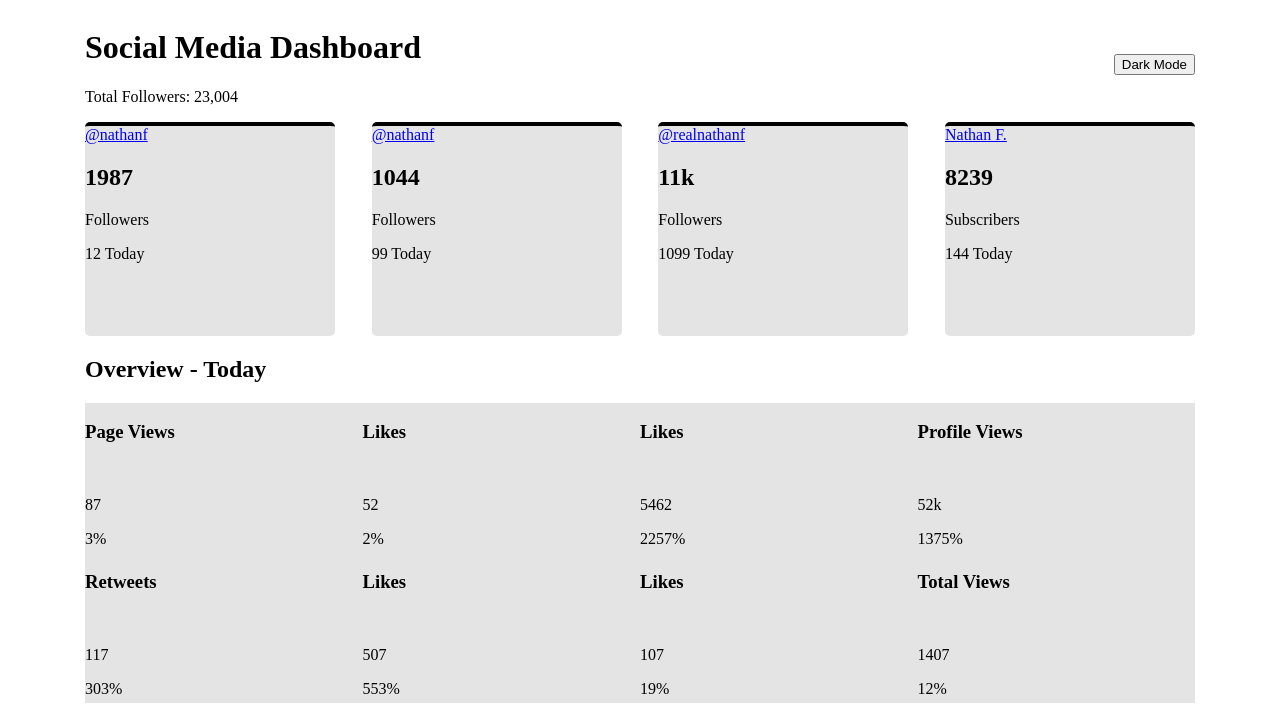
Repository: mamulini/social-media-dashboard-with-theme-switcher-master
Page: index.html
The author's editor kept a copy of each file at every save. The page is drawn from the files as they stood at one save, then again after the next save.
The browser window is 1280 px wide. The pictures show the whole page.

Above is the page before, as saved 2020-04-06 12:48:19.

### index.html
<!DOCTYPE html>
<html lang="en">

<head>
  <meta charset="UTF-8">
  <meta name="viewport" content="width=device-width, initial-scale=1.0">
  <link rel="icon" type="image/png" sizes="32x32" href="./images/favicon-32x32.png">
  <link rel="stylesheet" href="./css/style.css">
  <title>Frontend Mentor | [Challenge Name Here]</title>
</head>

<body>
  <main class="dashboard container">
    <header class="header">
      <div class="title">
        <h1 class="title__name">Social Media Dashboard</h1>
        <p class="title__total">Total Followers: 23,004</p>
      </div>
      <button class="theme" type="button">Dark Mode</button>
    </header>
    <div class="followers_block">
      <div class="folowers">
        <a class="followers__link" href="#">@nathanf</a>
        <h2 class="followers__sum">1987</h2>
        <p class="followers__title">Followers</p>
        <p class="followers__today">12 Today</p>
      </div>
      <div class="folowers">
        <a class="followers__link" href="#">@nathanf
        </a>
        <h2 class="followers__sum">1044</h2>
        <p class="followers__title">Followers</p>
        <p class="followers__today">99 Today</p>
      </div>
      <div class="folowers">
        <a class="followers__link" href="#">@realnathanf


        </a>
        <h2 class="followers__sum">11k</h2>
        <p class="followers__title">Followers</p>
        <p class="followers__today">1099 Today</p>
      </div>
      <div class="folowers">
        <a class="followers__link" href="#">Nathan F.
        </a>
        <h2 class="followers__sum">8239</h2>
        <p class="followers__title">Subscribers</p>
        <p class="followers__today">144 Today</p>
      </div>

    </div>
    <div class="overview">
      <h2 class="overview__title">Overview - Today</h2>
    </div>
    <div class="likes_counter">
      <div class="likes">
        <h3 class="likes__title">Page Views</h3>
        <img src="" alt="" class="like__icon">
        <p class="likes__num">87</p>
        <p class="likes__procent">3%</p>
      </div>
      <div class="likes">
        <h3 class="likes__title">Likes</h3>
        <img src="" alt="" class="like__icon">
        <p class="likes__num">52</p>
        <p class="likes__procent">2%</p>
      </div>
      <div class="likes">
        <h3 class="likes__title">Likes</h3>
        <img src="" alt="" class="like__icon">
        <p class="likes__num">5462</p>
        <p class="likes__procent">2257%</p>
      </div>
      <div class="likes">
        <h3 class="likes__title">Profile Views</h3>
        <img src="" alt="" class="like__icon">
        <p class="likes__num">52k</p>
        <p class="likes__procent">1375%</p>
      </div>
      <div class="likes">
        <h3 class="likes__title">Retweets</h3>
        <img src="" alt="" class="like__icon">
        <p class="likes__num">117</p>
        <p class="likes__procent">303%</p>
      </div>
      <div class="likes">
        <h3 class="likes__title">Likes</h3>
        <img src="" alt="" class="like__icon">
        <p class="likes__num">507</p>
        <p class="likes__procent">553%</p>
      </div>
      <div class="likes">
        <h3 class="likes__title">Likes</h3>
        <img src="" alt="" class="like__icon">
        <p class="likes__num">107</p>
        <p class="likes__procent">19%</p>
      </div>
      <div class="likes">
        <h3 class="likes__title">Total Views</h3>
        <img src="" alt="" class="like__icon">
        <p class="likes__num">1407</p>
        <p class="likes__procent">12%</p>
      </div>
    </div>
  </main>
  <!-- <div class="attribution">
    Challenge by <a href="https://www.frontendmentor.io?ref=challenge" target="_blank">Frontend Mentor</a>.
    Coded by <a href="#">Your Name Here</a>.
  </div> -->
</body>

</html>

### css/style.css
.container{
    max-width: 1110px;
    margin: 0 auto;

}

.header{
    display: flex;
    justify-content: space-between;
    align-items: center;
}

.followers_block{
    display: flex;
    justify-content: space-between;
}

.folowers{
    width: 250px;
    height: 210px;
    background: #e4e4e4;
    border-top: 4px solid #000;
    border-radius: 5px;
}

.likes_counter{
    display: flex;
    justify-content: space-between;
    flex-wrap: wrap;
}

.likes{
    flex: 0 0 25%;
    width: 250px;
    height: 150px;
    background: #e4e4e4;
}






.attribution { font-size: 11px; text-align: center; }
.attribution a { color: hsl(228, 45%, 44%); }

After the next save:
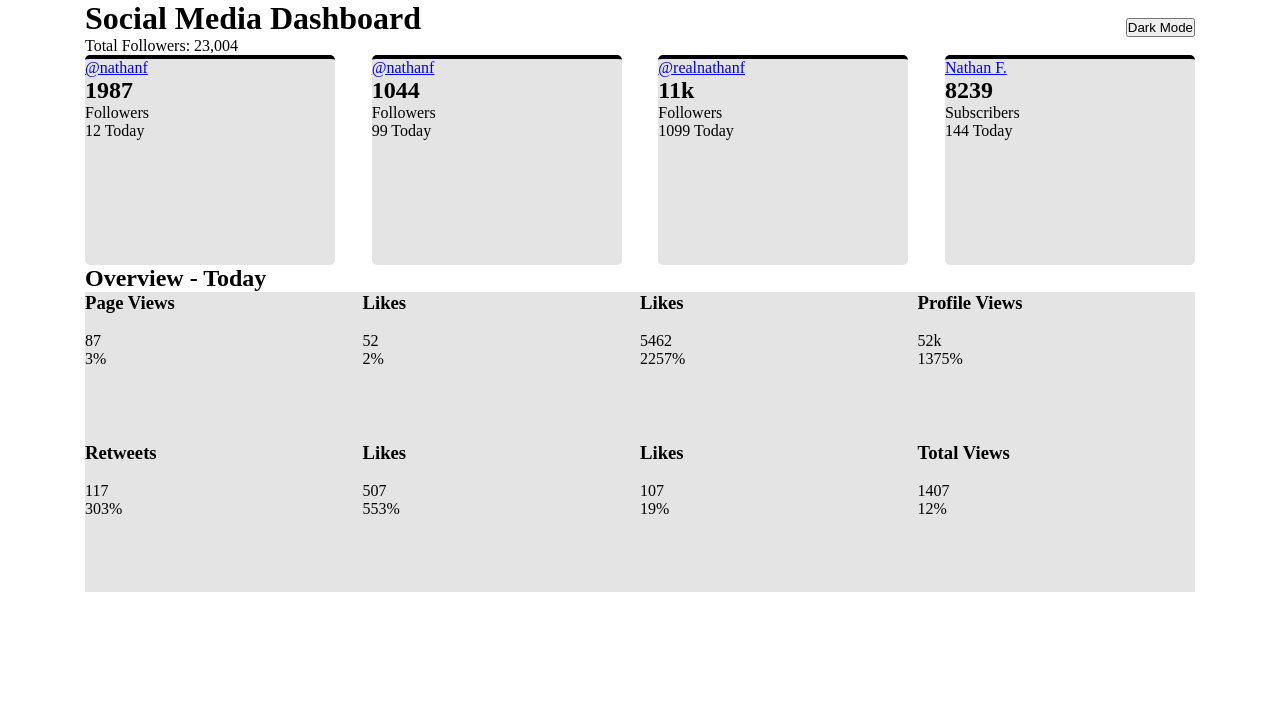
Saved 97 s later.
--- a/css/style.css
+++ b/css/style.css
@@ -1,3 +1,10 @@
+*{
+    padding: 0;
+    margin: 0;
+    box-sizing: border-box;
+}
+
+
 .container{
     max-width: 1110px;
     margin: 0 auto;
